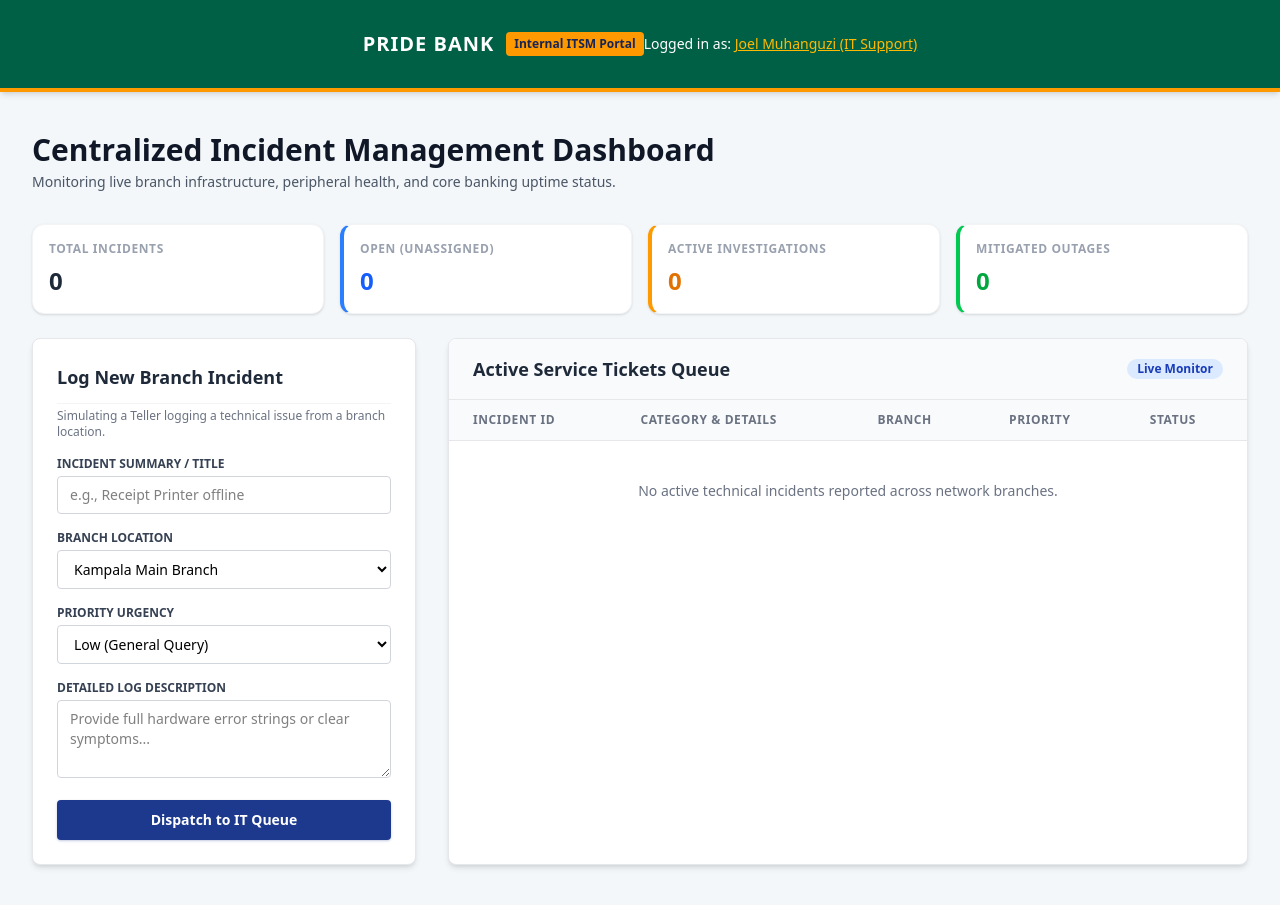
Repository: JOELAGABA/Ticket-reporting-system-for-bank-IT-support-environment-
Page: http://localhost/dashboard
An editor plug-in stored every save of this project. The page is shown before and after a run of saves, followed by the edit.
The browser window is 1280 px wide. The pictures show the whole page.
The page is served by the project's Laravel application, run on PHP 8.4 with Laravel 12. Queries for data that is not in the repository find no rows.

Above is the page before, as saved 2026-07-13 10:37:00.

After the next 2 saves:
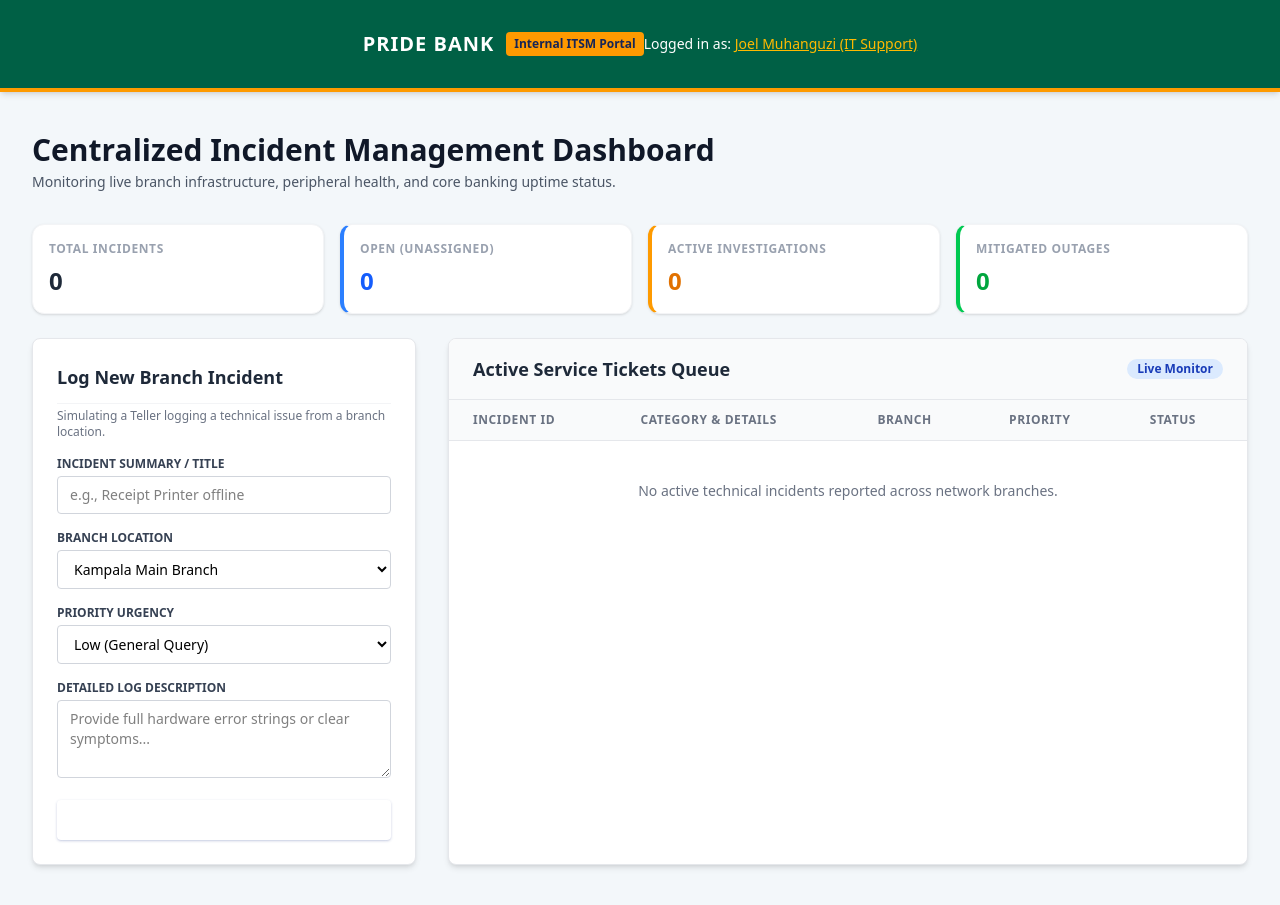
The 2 saves are shown as one change because they came seconds apart.
The last was saved 11 s later.
--- a/resources/views/dashboard.blade.php
+++ b/resources/views/dashboard.blade.php
@@ -108,7 +108,7 @@
                             class="w-full text-sm border border-gray-300 rounded px-3 py-2 focus:outline-none focus:border-blue-500"></textarea>
                     </div>
 
-                    <button type="submit" class="w-full bg-blue-900 text-white hover:bg-blue-800 font-semibold text-sm py-2.5 px-4 rounded transition-colors shadow shadow-blue-900/20">
+                    <button type="submit" class="w-full bg-emrald-700 text-white hover:bg-blue-800 font-semibold text-sm py-2.5 px-4 rounded transition-colors shadow shadow-blue-900/20">
                         Dispatch to IT Queue
                     </button>
                 </form>
